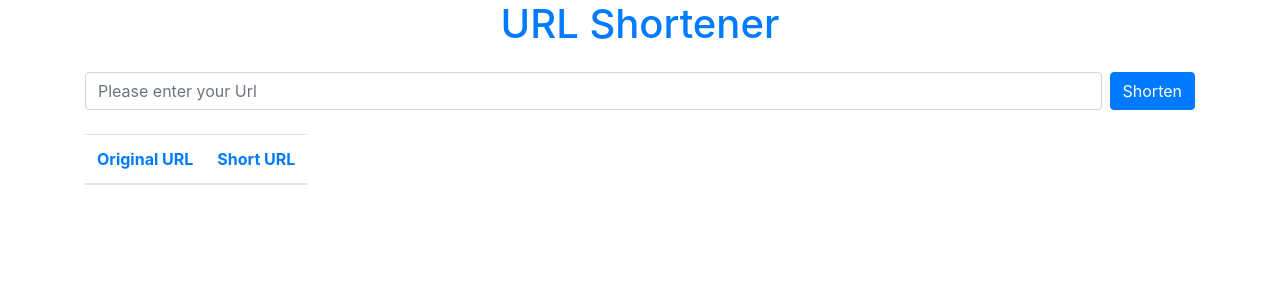
Repository: Art101-ui/Url-shorterner
Page: http://localhost/
An editor plug-in stored every save of this project. The page is shown before and after the next save, followed by the edit.
The browser window is 1280 px wide. The pictures show the whole page.
The page is served by the project's Node server (server.js). Queries for data that is not in the repository find no rows.

Above is the page before, as saved 2022-02-24 14:31:46.

After the next save:
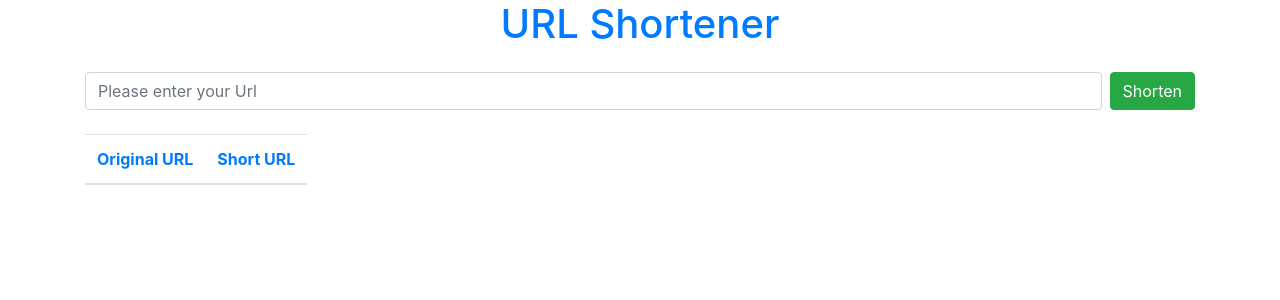
Saved 39 s later.
--- a/views/index.ejs
+++ b/views/index.ejs
@@ -25,7 +25,7 @@
           id="fullUrl"
           class="form-control col mr-2"
         />
-        <button class="btn btn-primary" type="submit">Shorten</button>
+        <button class="btn btn-success" type="submit">Shorten</button>
       </form>
 
       <table class="table table-striped table-responsive">
